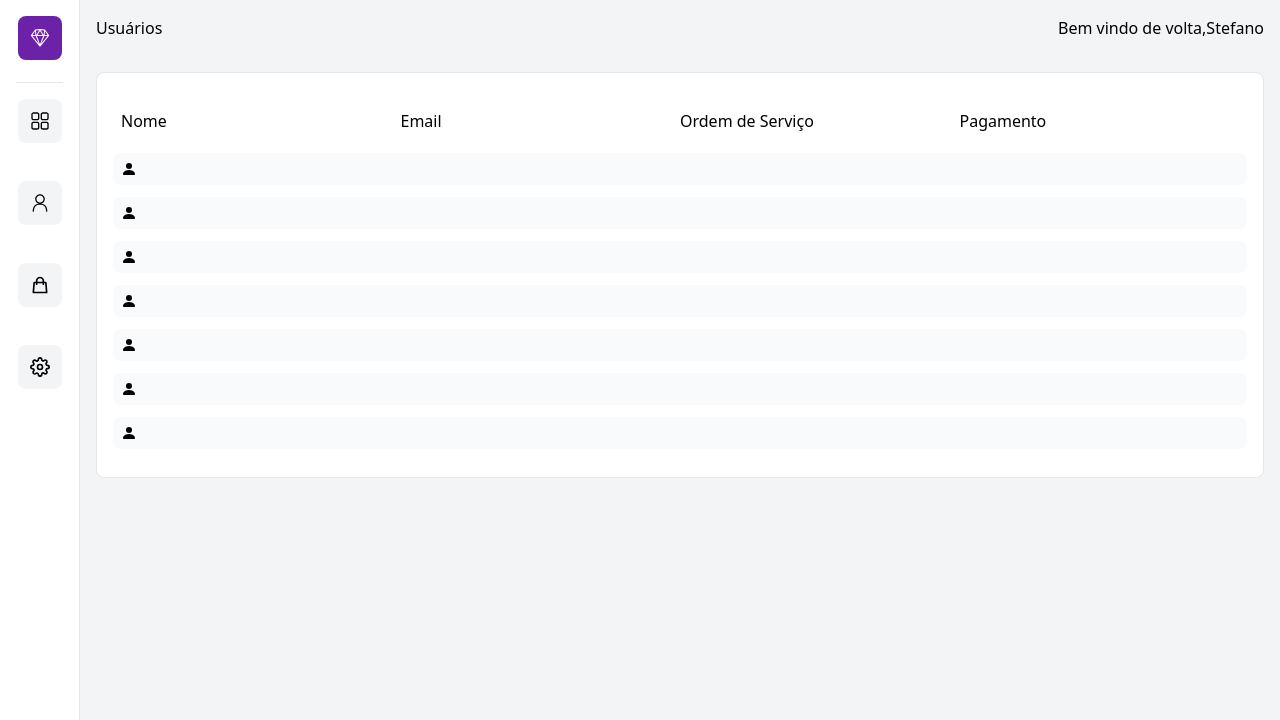
Repository: stefanosousaa/dashboard-next13
Page: /costumers
These files come from the project's save history. The page is drawn as it stood at one moment and after the next save; the edit follows.
The browser window is 1280 px wide. The pictures show the whole page.
The project was rebuilt for these pictures with package versions that can differ from the ones it lists, and the page was loaded fresh each time. The framework's server and built-in components were replaced by stand-ins that run in the browser. Also part of the build but not shown: next.config.js.

Above is the page before, as saved 2023-05-16 19:26:02.

After the next save:
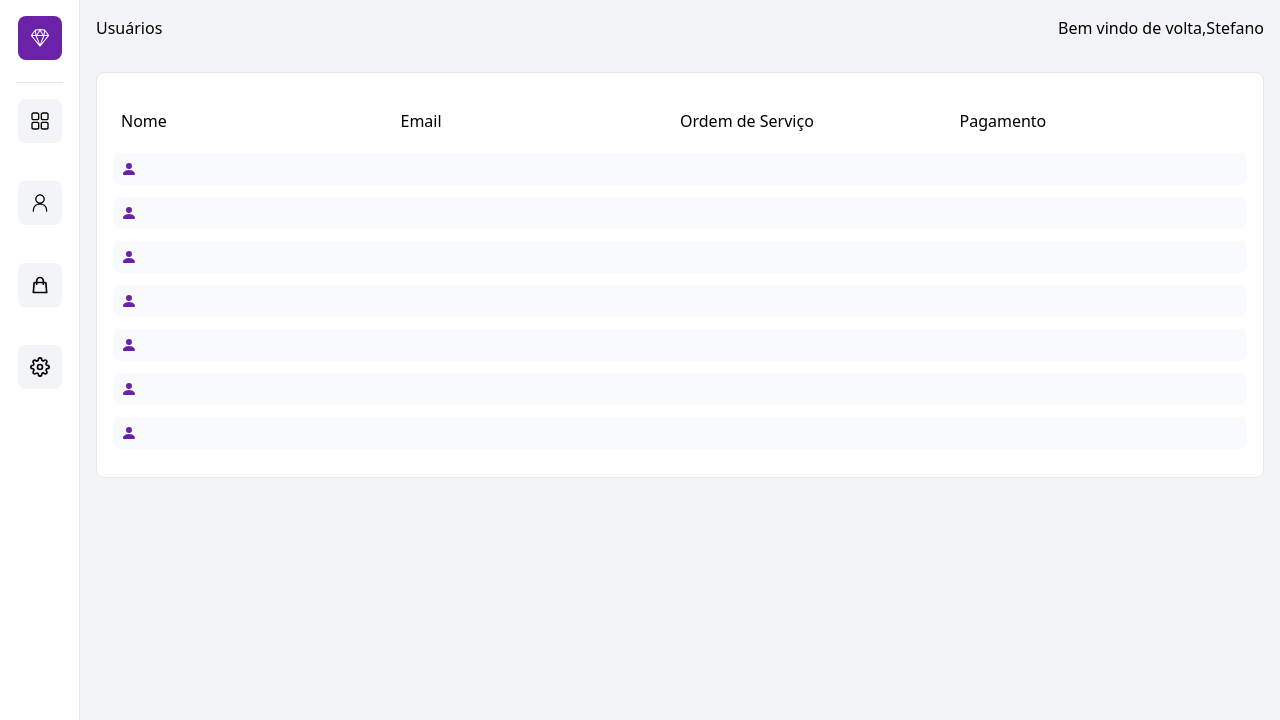
Saved 19 s later.
--- a/pages/costumers.jsx
+++ b/pages/costumers.jsx
@@ -21,7 +21,7 @@ const costumers = () => {
                 {data.map((order,id) => (
                     <li key={id} className='bg-gray-50 hover:bg-gray-100 rounded-lg my-3 p-2 grid md:grid-cols-4 sm:grid-cols-3 grid-cols-2 items-center justify-between cursor-pointer'>
                       <div>
-                        <BsPersonFill/>
+                        <BsPersonFill className='text-purple-800'/>
                       </div>
                     </li>
                 ))}
